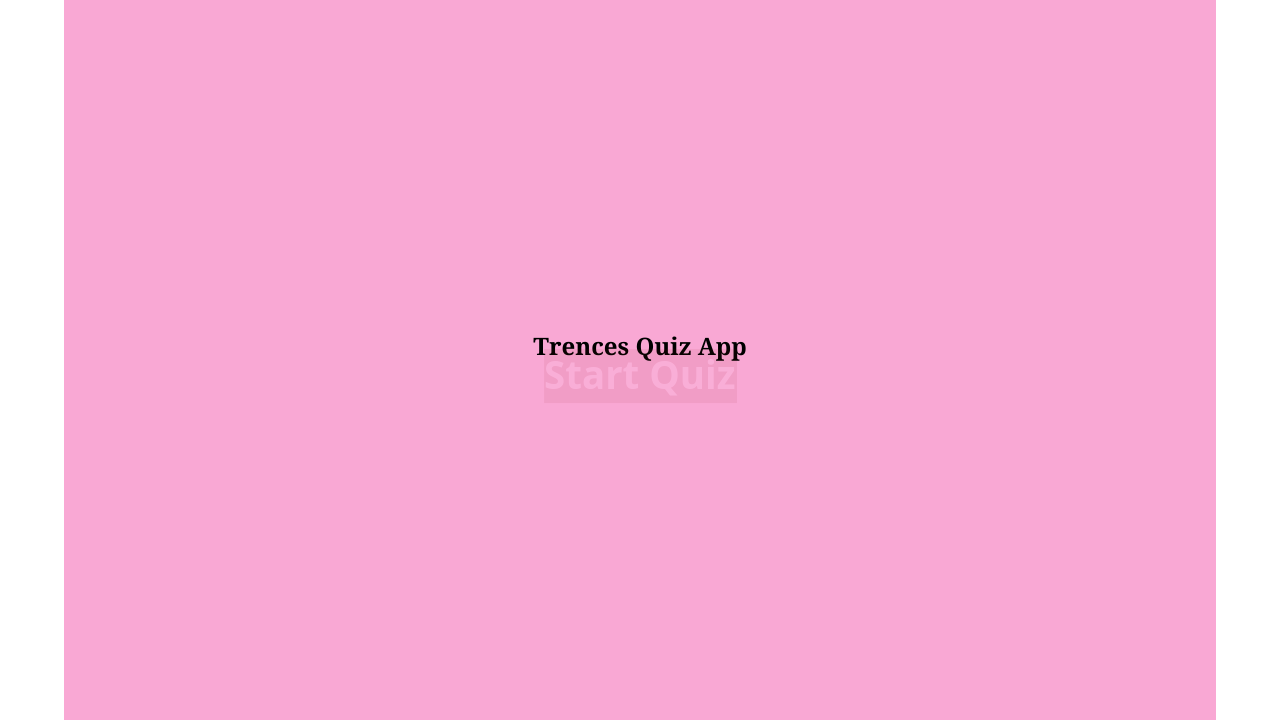
Repository: Semanmernstack/Quiz-react-app
Page: /
An editor plug-in stored every save of this project. The page is shown before and after the next save, followed by the edit.
The browser window is 1280 px wide. The pictures show the whole page.
The project was rebuilt for these pictures with package versions that can differ from the ones it lists, and the page was loaded fresh each time. Also part of the build but not shown: src/Game/Questions.js, src/components/Quiz.js, src/components/End.js.

Above is the page before, as saved 2023-01-30 01:27:25.

### src/index.css
body {
  margin: 0;
}
@tailwind base;
@tailwind components;
@tailwind utilities;

### src/App.js
import { useState } from "react";
import Menu from "./components/Menu";
import Quiz from "./components/Quiz";
import End from "./components/End"
import { QuizContext } from "./Game/Context";
function App() {
  const [game, setGame] = useState("menu")
  const [score, setScore] = useState(0)
  return (
    <div className="text-center items-center justify-center flex  flex-col  max-w-6xl mx-auto h-screen  bg-pink-300 first-letter:">
      <p className="text-2xl font-extrabold font-serif">Trences Quiz App</p>
      <QuizContext.Provider value={{game, setGame, score, setScore}}>
        {game === "menu" && <Menu/>}
        {game === "quiz" && <Quiz/>}
        {game === "End" && <End/>}

      </QuizContext.Provider>

    </div>
  );
}

export default App;

### src/components/Menu.js
import React, { useContext } from 'react'
import { QuizContext } from '../Game/Context'

function Menu() {
    const { setGame} = useContext(QuizContext)
  return (
    <div className="flex">
        <button className="font-bold  text-xl cursor-pointer bg-red-800 text-white animate-ping" onClick={() => {setGame("quiz")}} >Start Quiz</button>

    </div>
  )
}

export default Menu

### src/Game/Context.js
import { createContext } from "react";

export const QuizContext = createContext()

Loaded but not shown: public/index.html (common file); src/index.js (common file); src/reportWebVitals.js (common file); tailwind.config.js (common file)

After the next save:
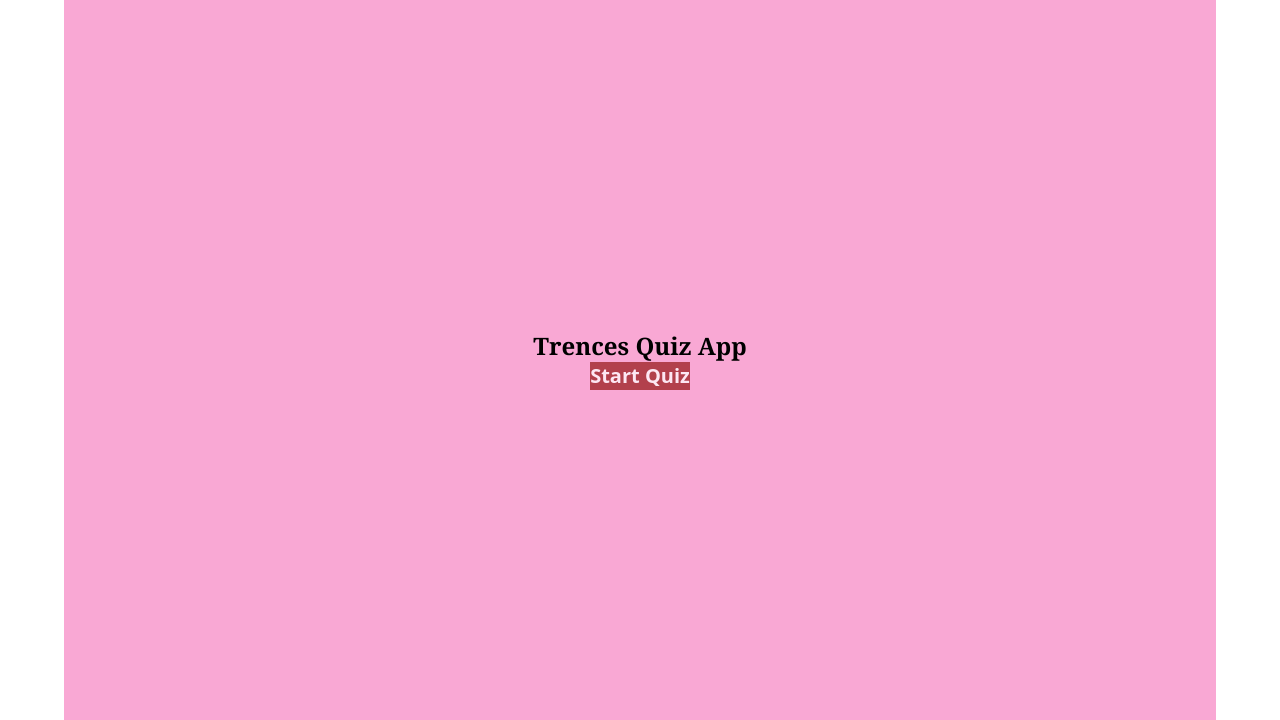
Saved 65 s later.
--- a/src/components/Menu.js
+++ b/src/components/Menu.js
@@ -5,7 +5,7 @@ function Menu() {
     const { setGame} = useContext(QuizContext)
   return (
     <div className="flex">
-        <button className="font-bold  text-xl cursor-pointer bg-red-800 text-white animate-ping" onClick={() => {setGame("quiz")}} >Start Quiz</button>
+        <button className="font-bold  text-xl cursor-pointer bg-red-800 text-white animate-pulse" onClick={() => {setGame("quiz")}} >Start Quiz</button>
 
     </div>
   )
